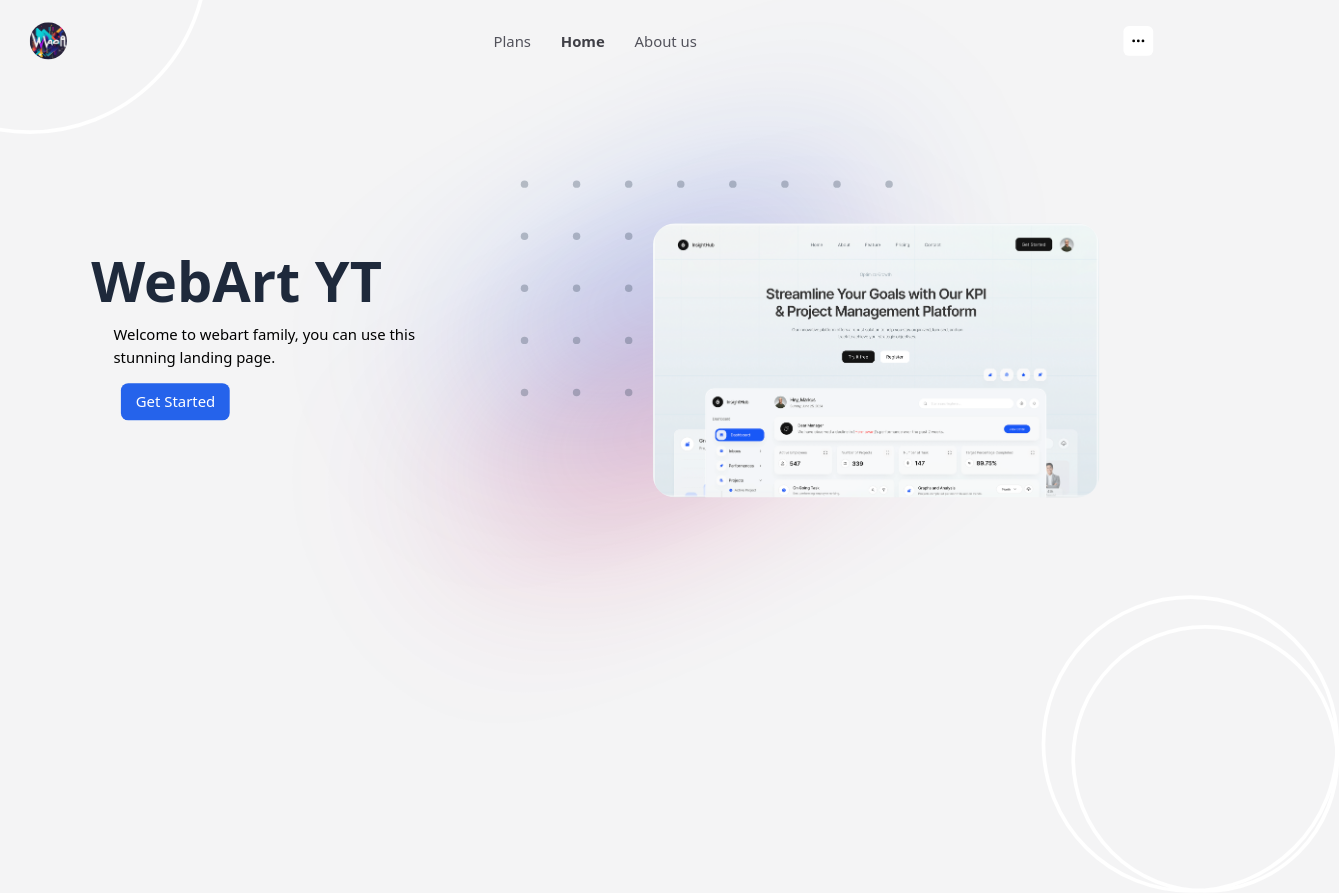
Repository: 30namp/youtube-web-art-code
Page: stunning landing page 1/index.html
These files come from the project's save history. The page is drawn as it stood at one moment and after the next save; the edit follows.
The browser window is 1280 px wide. The page is 1440 px wide, so the pictures cover 1440 px, including what lies to the right of the window. The pictures show the whole page, at 93% of full size.

Above is the page before, as saved 2024-09-26 21:30:30.

After the next save:
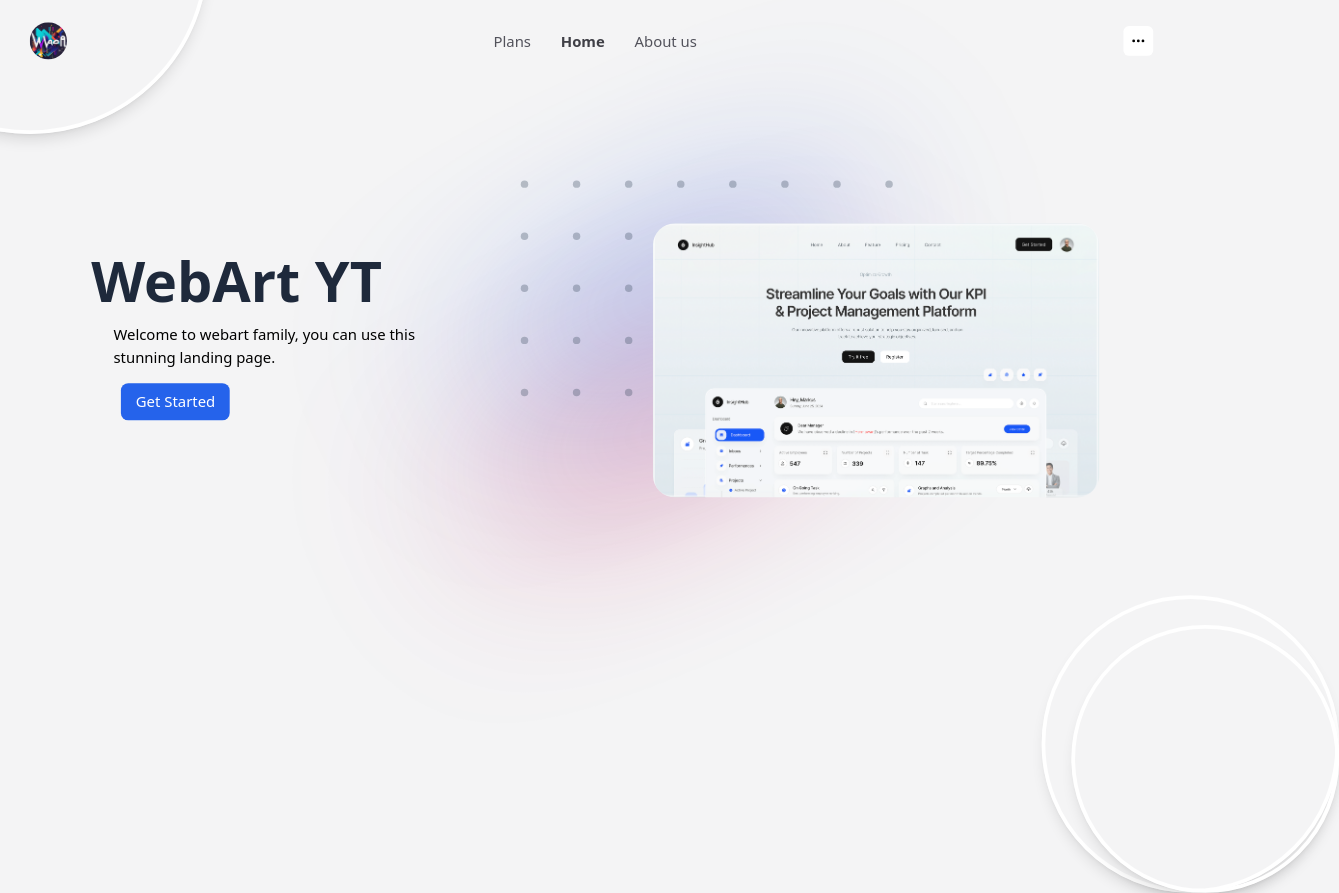
Saved 9 s later.
--- a/stunning landing page 1/index.html
+++ b/stunning landing page 1/index.html
@@ -57,13 +57,13 @@
     </div>
 
     <div
-      class="circle size-96 rounded-full border-4 border-white absolute -top-60 -left-40"
+      class="circle size-96 rounded-full border-4 border-white shadow-lg absolute -top-60 -left-40"
     ></div>
     <div
-      class="circle size-80 rounded-full border-4 border-white absolute -bottom-60 -right-40"
+      class="circle size-80 rounded-full border-4 border-white shadow-lg absolute -bottom-60 -right-40"
     ></div>
     <div
-      class="circle size-72 rounded-full border-4 border-white absolute -bottom-60 -right-40"
+      class="circle size-72 rounded-full border-4 border-white shadow-lg absolute -bottom-60 -right-40"
     ></div>
 
     <!-- navbar -->

After the save that followed:
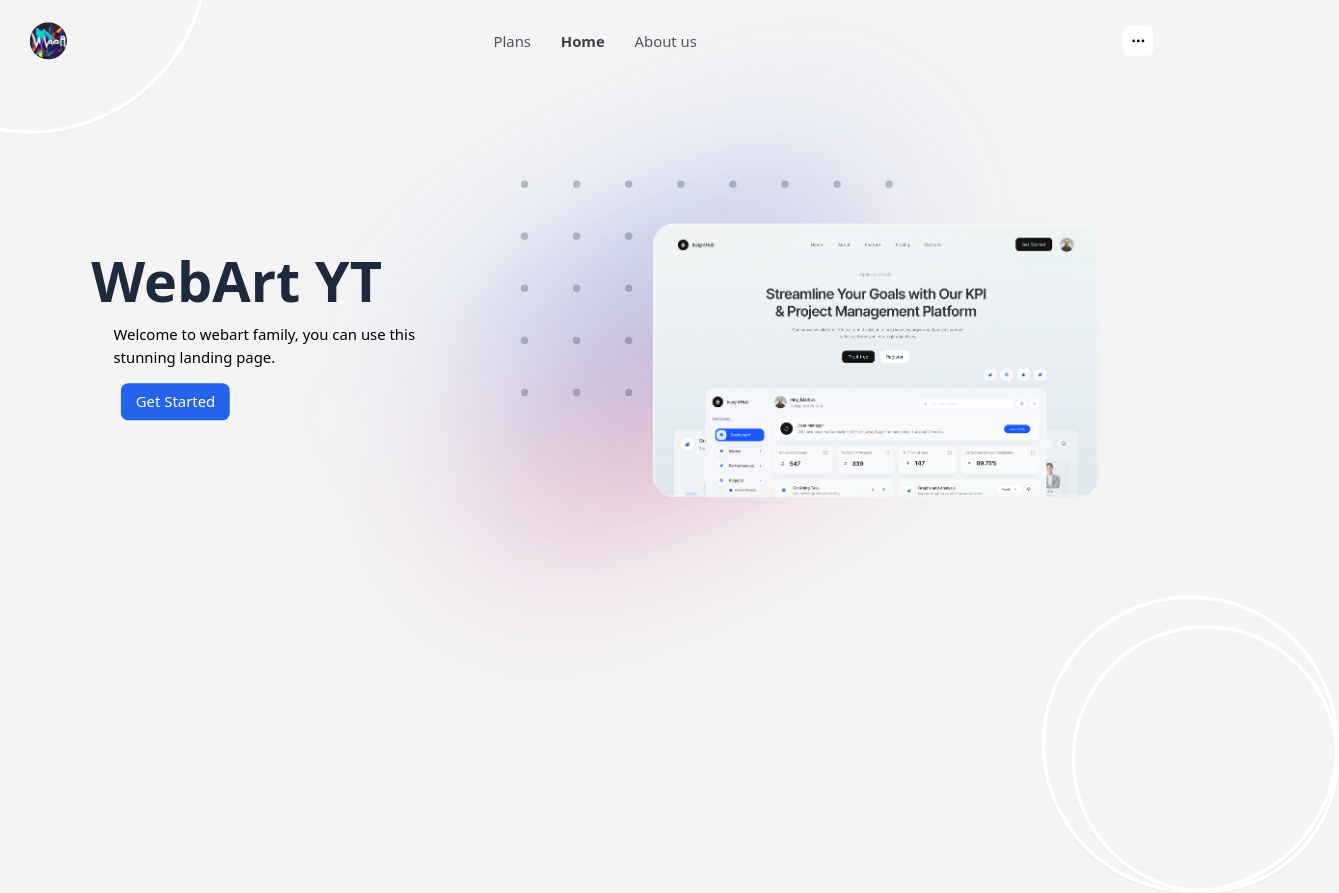
Saved 5 s later.
--- a/stunning landing page 1/index.html
+++ b/stunning landing page 1/index.html
@@ -57,13 +57,13 @@
     </div>
 
     <div
-      class="circle size-96 rounded-full border-4 border-white shadow-lg absolute -top-60 -left-40"
+      class="circle size-96 rounded-full border-4 border-white shadow-sm absolute -top-60 -left-40"
     ></div>
     <div
-      class="circle size-80 rounded-full border-4 border-white shadow-lg absolute -bottom-60 -right-40"
+      class="circle size-80 rounded-full border-4 border-white shadow-sm absolute -bottom-60 -right-40"
     ></div>
     <div
-      class="circle size-72 rounded-full border-4 border-white shadow-lg absolute -bottom-60 -right-40"
+      class="circle size-72 rounded-full border-4 border-white shadow-sm absolute -bottom-60 -right-40"
     ></div>
 
     <!-- navbar -->
